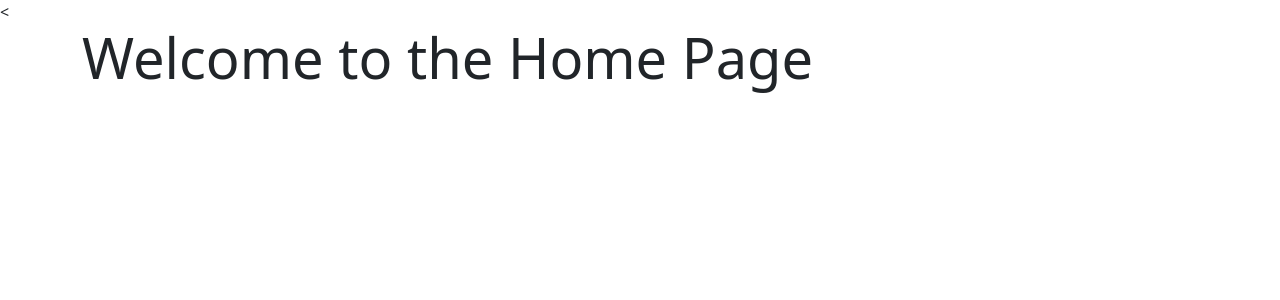
Repository: BlessingAjiboye/WEEK52023W
Page: http://localhost/
These files come from the project's save history. The page is drawn as it stood at one moment and after a run of saves; the edit follows.
The browser window is 1280 px wide. The pictures show the whole page.
The page is served by the project's Node server (server.js).

Above is the page before, as saved 2023-01-26 11:48:26.

After the next 8 saves:
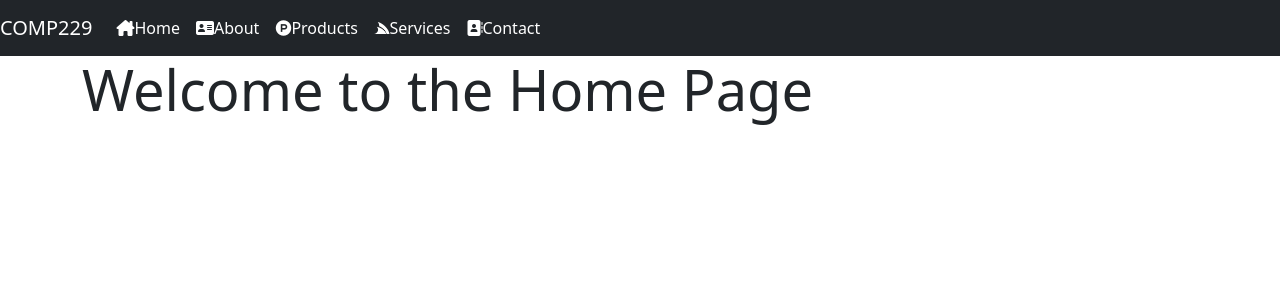
The 8 saves are shown as one change because 2 did not build or start and some came seconds apart.
The last was saved 26 s later.
--- a/views/index.ejs
+++ b/views/index.ejs
@@ -1,5 +1,5 @@
 <%-include partials/header.ejs%>
-<
+<%-include partials/main_nav.ejs%>
   <!--Main Nav Navigation-->
 
 <main class="container">
